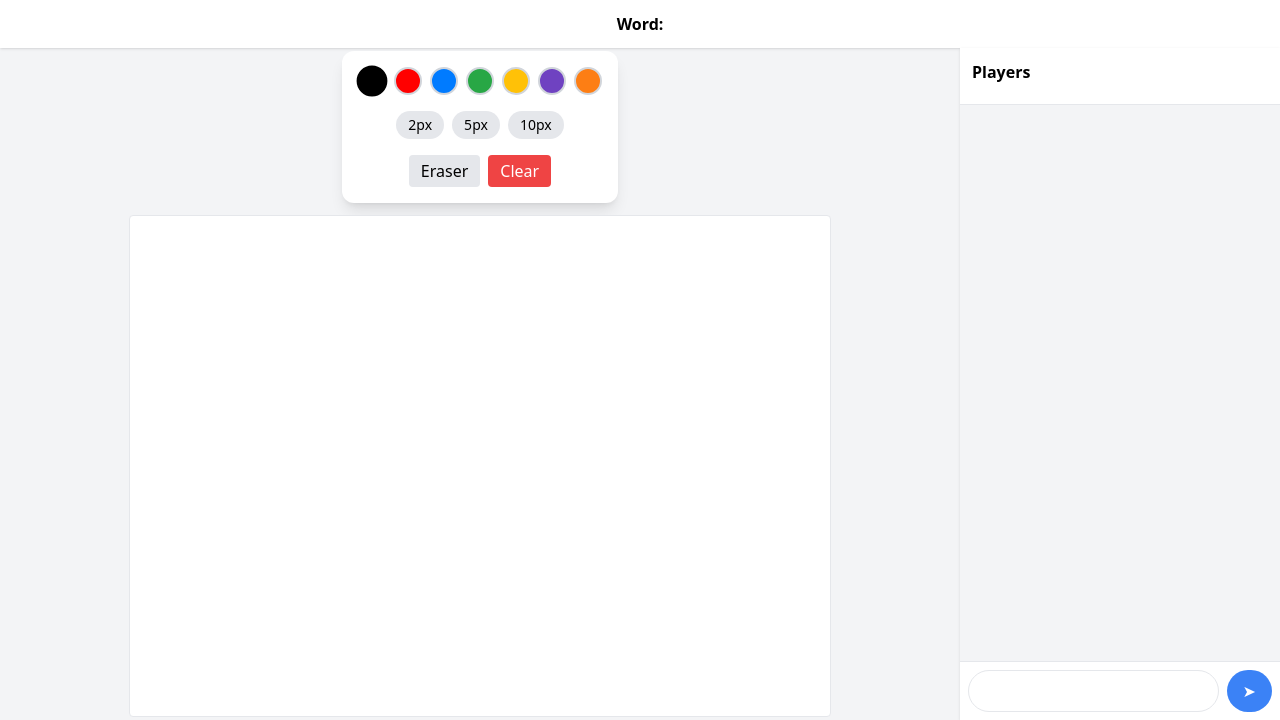
Repository: arpit-925/skibble.io
Page: / (app in client/), after clicking the first element matching `button.w-full`
These files come from the project's save history. The page is drawn as it stood at one moment and after the next save; the edit follows.
The browser window is 1280 px wide. The pictures show the whole page.
The page's requests for data from a server got no answer. The project was rebuilt for these pictures with package versions that can differ from the ones it lists, and the page was loaded fresh each time. No one was signed in, and anything a server would have sent is missing. Also part of the build but not shown: client/vite.config.js.

Above is the page before, as saved 2026-04-14 10:28:00.

After the next save:
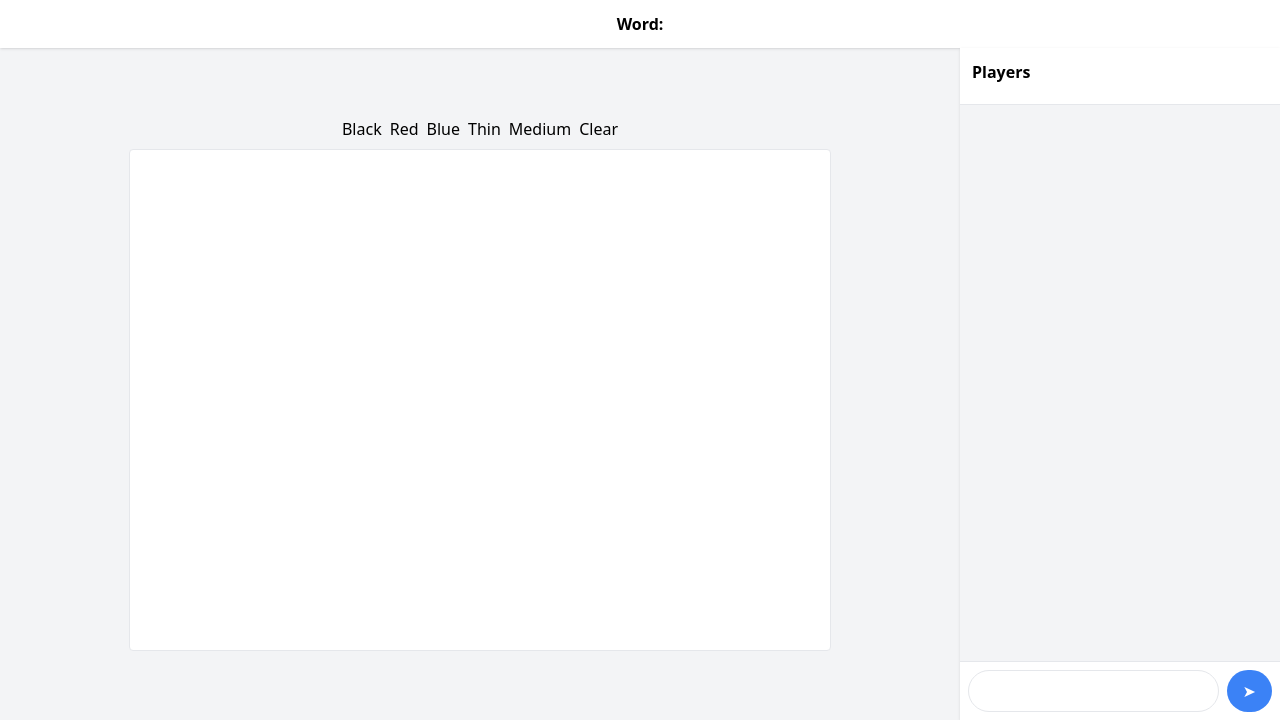
Saved 10 s later.
--- a/client/src/components/Toolbar.jsx
+++ b/client/src/components/Toolbar.jsx
@@ -1,102 +1,20 @@
-import { useState } from "react";
 import socket from "../socket/socket";
 
 export default function Toolbar({ roomId, setColor, setSize }) {
-  const [activeColor, setActiveColor] = useState("#000000");
-  const [activeSize, setActiveSize] = useState(3);
+  return (
+    <div className="flex gap-2 mb-2">
+      <button onClick={() => setColor("#000")}>Black</button>
+      <button onClick={() => setColor("red")}>Red</button>
+      <button onClick={() => setColor("blue")}>Blue</button>
 
-  const colors = [
-    "#000000",
-    "#ff0000",
-    "#007bff",
-    "#28a745",
-    "#ffc107",
-    "#6f42c1",
-    "#fd7e14",
-  ];
+      <button onClick={() => setSize(2)}>Thin</button>
+      <button onClick={() => setSize(5)}>Medium</button>
 
-  const sizes = [2, 5, 10];
-
-  const handleColor = (c) => {
-    setActiveColor(c);
-    setColor(c);
-  };
-
-  const handleSize = (s) => {
-    setActiveSize(s);
-    setSize(s);
-  };
-
-  const clearCanvas = () => {
-    socket.emit("canvas_clear", { roomId });
-  };
-
-  const eraser = () => {
-    setActiveColor("eraser");
-    setColor("#ffffff"); // white = erase
-  };
-
-  return (
-    <div className="bg-white shadow-lg rounded-xl p-4 mb-3">
-
-      {/* 🎨 COLORS */}
-      <div className="flex gap-2 mb-4 justify-center">
-        {colors.map((c, i) => (
-          <button
-            key={i}
-            onClick={() => handleColor(c)}
-            className={`w-7 h-7 rounded-full border-2 transition ${
-              activeColor === c
-                ? "border-black scale-110"
-                : "border-gray-300"
-            }`}
-            style={{ backgroundColor: c }}
-          />
-        ))}
-      </div>
-
-      {/* 🖌 BRUSH SIZE */}
-      <div className="flex gap-2 mb-4 justify-center">
-        {sizes.map((s, i) => (
-          <button
-            key={i}
-            onClick={() => handleSize(s)}
-            className={`px-3 py-1 rounded-full text-sm ${
-              activeSize === s
-                ? "bg-blue-500 text-white"
-                : "bg-gray-200 hover:bg-gray-300"
-            }`}
-          >
-            {s}px
-          </button>
-        ))}
-      </div>
-
-      {/* 🧰 TOOLS */}
-      <div className="flex gap-2 justify-center">
-
-        {/* ERASER */}
-        <button
-          onClick={eraser}
-          className={`px-3 py-1 rounded ${
-            activeColor === "eraser"
-              ? "bg-gray-800 text-white"
-              : "bg-gray-200"
-          }`}
-        >
-          Eraser
-        </button>
-
-        {/* CLEAR */}
-        <button
-          onClick={clearCanvas}
-          className="bg-red-500 text-white px-3 py-1 rounded hover:bg-red-600"
-        >
-          Clear
-        </button>
-
-      </div>
-
+      <button
+        onClick={() => socket.emit("canvas_clear", { roomId })}
+      >
+        Clear
+      </button>
     </div>
   );
 }
